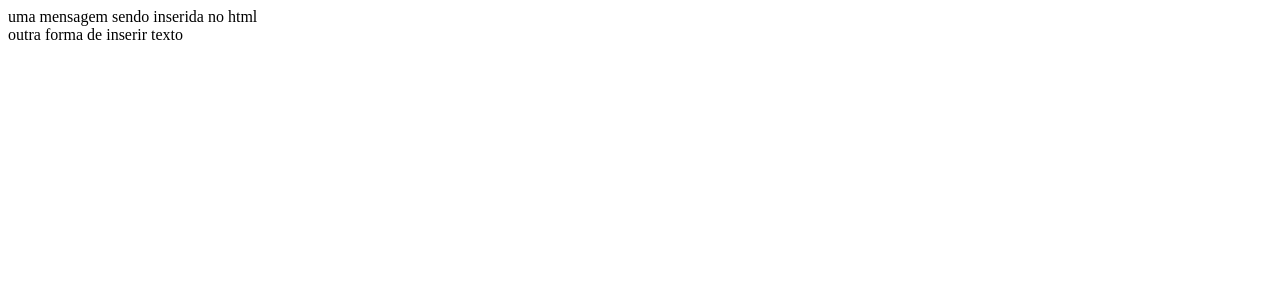
Repository: sophiaks/CRUD
Page: http://localhost/JSP/mensagem.jsp
An editor plug-in stored every save of this project. The page is shown before and after the next save, followed by the edit.
The browser window is 1280 px wide. The pictures show the whole page.
The page is served by Tomcat 9.

Above is the page before, as saved 2020-09-16 18:47:10.

After the next save:
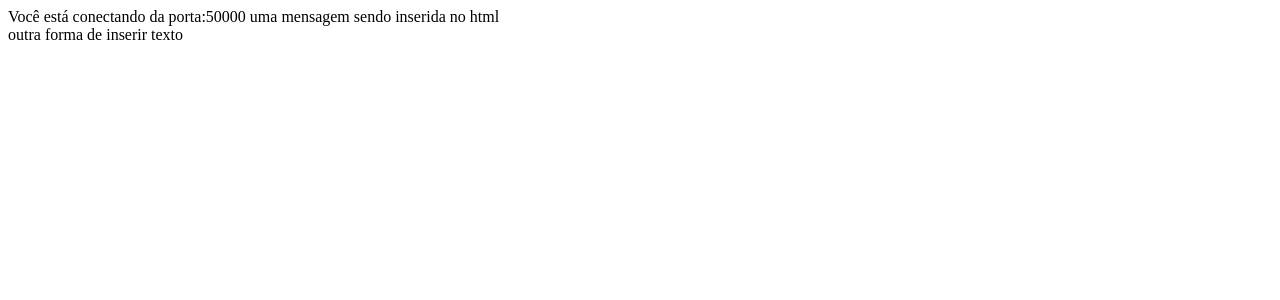
Saved 23 s later.
--- a/WorkspaceP1/JSP/WebContent/mensagem.jsp
+++ b/WorkspaceP1/JSP/WebContent/mensagem.jsp
@@ -7,6 +7,7 @@
 <title>Exemplo de JSP</title>
 </head>
 <body>
+<%out.println("Você está conectando da porta:"+ request.getRemotePort()); %>
 	<% String mensagem = "uma mensagem sendo inserida no html";  %>
 	<% out.println(mensagem); %>
 	<br />
